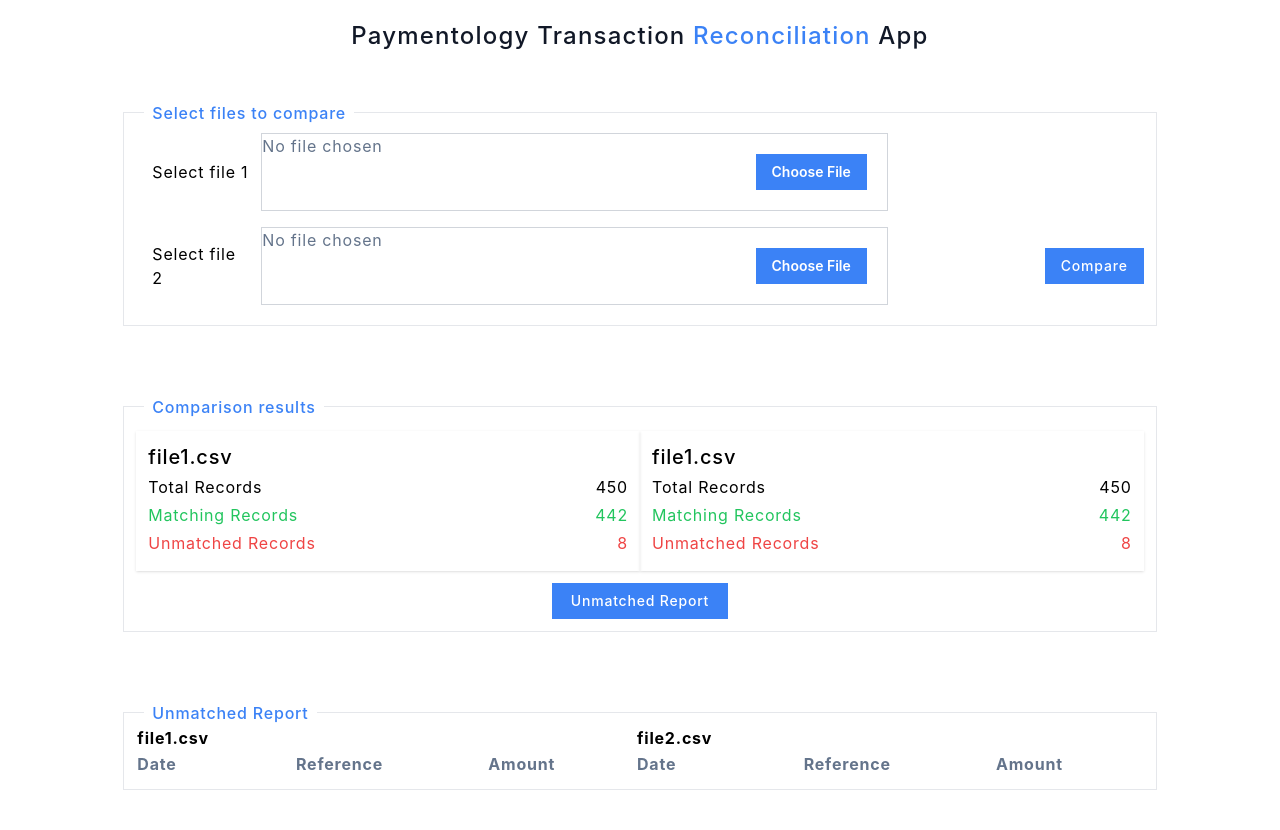
Repository: chionye/paymentology-front
Page: /
The author's editor kept a copy of each file at every save. The page is drawn from the files as they stood at one save, then again after the next save.
The browser window is 1280 px wide. The pictures show the whole page.
The project was rebuilt for these pictures with package versions that can differ from the ones it lists, and the page was loaded fresh each time.

Above is the page before, as saved 2022-03-16 19:12:26.

### src/index.css
@tailwind base;
@tailwind components;
@tailwind utilities;

body {
  margin: 0;
  font-family: -apple-system, BlinkMacSystemFont, 'Segoe UI', 'Roboto', 'Oxygen',
    'Ubuntu', 'Cantarell', 'Fira Sans', 'Droid Sans', 'Helvetica Neue',
    sans-serif;
  -webkit-font-smoothing: antialiased;
  -moz-osx-font-smoothing: grayscale;
}

input[type=file]::file-selector-button {
  float: right;
  margin:20px;
}
input[type=file]::-ms-browse {
  float: right;
}

input[type=file]::-webkit-file-upload-button {
  float: right;
}

### src/App.js
import CompareFiles from "./components/CompareFiles";
import Results from "./components/Results";
import Report from "./components/Report";
import Title from "./components/Title";

function App() {
  return (
    <>
      <Title />
      <CompareFiles />
      <Results />
      <Report />
    </>

  );
}

export default App;

### src/components/CompareFiles.js
import Button from "./Button";
import Container from "./Container";
import InputFile from "./InputFile";
import Section from "./Section";

const CompareFiles = () => {
    return(
        <Container>
            <Section title={"Select files to compare"}>
                <InputFile file={"Select file 1"} />
                <div className="flex flex-col md:flex-row md:items-center md:justify-between">
                    <InputFile file={"Select file 2"} />
                    <div className="my-3 md:my-0">
                    <Button width={"w-full"} label={"Compare"} />
                    </div>

                </div>
            </Section>
        </Container>

    )
}

export default CompareFiles;

### src/components/Results.js
import Button from "./Button";
import Container from "./Container";
import FileSummary from "./FileSummary";
import Section from "./Section";

const Results = () => {
    return(
        <Container>
            <Section title={"Comparison results"}>
                <div className="flex flex-col md:flex-row md:justify-between md:items-center">
                    <FileSummary />
                    <FileSummary />
                </div>
                <div className="md:flex md:w-44 md:justify-center md:mx-auto">
                        <Button width={"w-full"} label={"Unmatched Report"} />
                </div>
            </Section>
        </Container>
    )
}

export default Results;

### src/components/Report.js
import Container from "./Container";
import Section from "./Section";
import Table from "./Table";

const Report = () => {
    return(
        <Container>
            <Section title={"Unmatched Report"}>
                <Table />
            </Section>
        </Container>
    )
}

export default Report;

### src/components/Title.js
import Container from "./Container"

const Title = () => {
    return(
        <Container>
            <div className="md:w-5/6 mx-auto">
                <h1 className="font-medium tracking-wider text-center  leading-loose text-xl md:text-2xl text-gray-900">Paymentology Transaction <span className="text-blue-500">Reconciliation</span> App</h1>

            </div>
        </Container>
    )
}

export default Title;

### src/components/Button.js
const Button = (props) => {

    return <button className={`${props.width} bg-blue-500 hover:bg-blue-700 py-2 px-4 text-sm text-white font-medium`}>{props.label}</button>
}

export default Button;

### src/components/Container.js
const Container = (props) => {

    return <div className="p-5 mx-auto">{props.children}</div>
}
export default Container;

### src/components/InputFile.js
import Button from "./Button";
const InputFile = (props) => {
    return(
        <div className="flex flex-col md:flex-row w-full md:w-3/4 md:items-center text-sm md:text-base tracking-wider my-2 md:px-4">
            <label className="w-28">{props.file}</label>
            <div className="w-full">
            <input type="file"
                    className="block
                    border border-1 border-gray-300
                    w-full

                    md:mx-3
                    appearance-none
                    text-slate-500
                    file:py-2
                    file:px-4
                    file:border-0
                    file:text-sm
                    file:font-semibold
                    file:bg-blue-500
                    hover:file:bg-blue-700
                    file:text-white
                "/>
            </div>

        </div>
    )
}

export default InputFile;

### src/components/Section.js

const Section = (props) => {
    return(
        <div className="relative md:w-5/6  h-auto p-3 border border-1 border-gray mx-auto my-5 tracking-wider">
            <div className="absolute font-medium -top-3 left-1 md:left-5 bg-white  text-blue-500 px-2">{props.title}</div>
            {props.children}
        </div>
    )
}

export default Section;

### src/components/FileSummary.js
const FileSummary = () => {
    return(
        <div className="shadow text-sm md:text-base p-3 my-3 w-full md:w-1/2  max-w-lg tracking-wider ">
            <div className="font-medium text-xl">file1.csv</div>
            <div className="flex flex-row justify-between my-1">
                <span>Total Records</span>
                <span>450</span>
            </div>
            <div className="flex flex-row justify-between my-1 text-green-500">
                <span>Matching Records</span>
                <span>442</span>
            </div>
            <div className="flex flex-row justify-between my-1 text-red-500">
                <span>Unmatched Records</span>
                <span>8</span>
            </div>
        </div>
    )
}

export default FileSummary;

### src/components/Table.js
const Table = () => {
    return(
        <div className="w-full overflow-scroll">
            <table className="w-full border-collapse border-slate-500">
            <thead>
                <tr className="text-left">
                    <th>file1.csv</th>
                    <th></th>
                    <th></th>
                    <th>file2.csv</th>
                    <th></th>
                    <th></th>
                </tr>
                <tr className="text-left text-slate-500">
                    <th>Date</th>
                    <th>Reference</th>
                    <th>Amount</th>
                    <th>Date</th>
                    <th>Reference</th>
                    <th>Amount</th>
                </tr>
            </thead>
            <tbody></tbody>
        </table>
        </div>

    )
}

export default Table;

Loaded but not shown: public/index.html (common file); src/index.js (common file); src/reportWebVitals.js (common file); tailwind.config.js (common file)

After the next save:
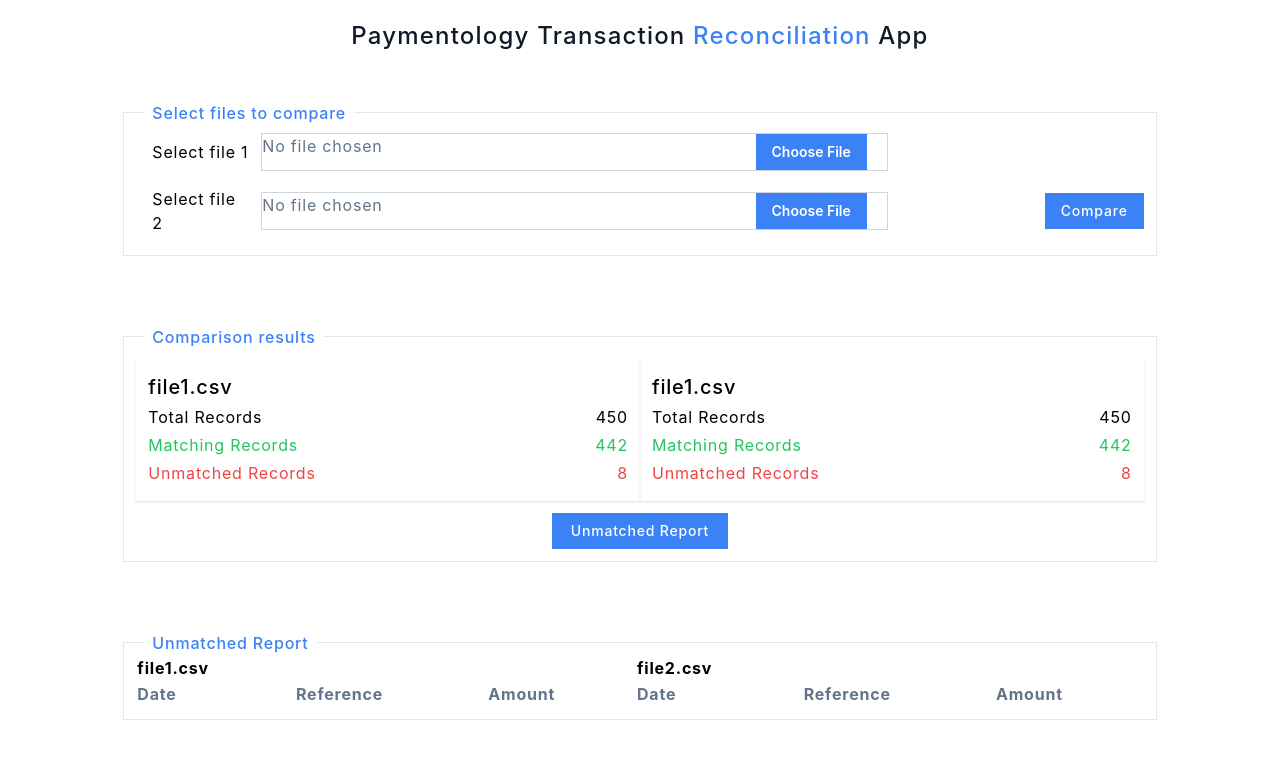
Saved 10 s later.
--- a/src/index.css
+++ b/src/index.css
@@ -13,7 +13,7 @@ body {
 
 input[type=file]::file-selector-button {
   float: right;
-  margin:20px;
+  margin:0px 20px;
 }
 input[type=file]::-ms-browse {
   float: right;
